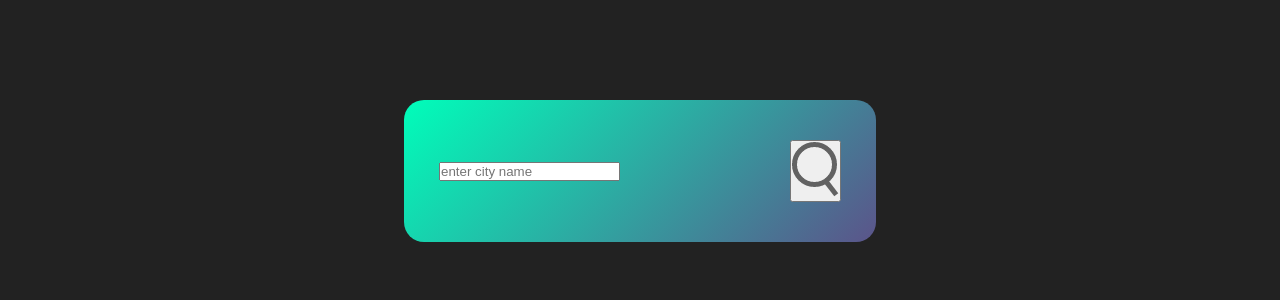
Repository: Rohit-foryou/Weather-app
Page: Weather App/Weather.html
An editor plug-in stored every save of this project. The page is shown before and after the next save, followed by the edit.
The browser window is 1280 px wide. The pictures show the whole page.

Above is the page before, as saved 2023-12-13 14:14:28.

### Weather App/Weather.html
<!DOCTYPE html>
<html lang="en">
<head>
    <meta charset="UTF-8">
    <meta name="viewport" content="width=device-width, initial-scale=1.0">
    <link rel="stylesheet" href="Weather.css">
    <title>Weather</title>
</head>
<body>
    <div class="card">
        <div class="search">
            <input type="text" placeholder="enter city name" spellcheck="false">
            <button><img src="Weather(Images)/search.png" alt=""></button>
        </div>
    </div>
</body>
</html>

### Weather App/Weather.css
*{
    margin: 0;
    padding: 0;
    font-family: 'Poppins', sans-serif;
    box-sizing: border-box;
}

body{
    background: #222;
}

.card{
    width: 90%;
    max-width: 472px;
    background: linear-gradient(135deg, #00feba, #5b548a);
    color: #fff;
    margin: 100px auto 0;
    border-radius: 20px;
    padding: 40px 35px;
    text-align: center;
}

.search{
    width: 100%;
    display: flex;
    align-items: center;
    justify-content: space-between;
}

After the next save:
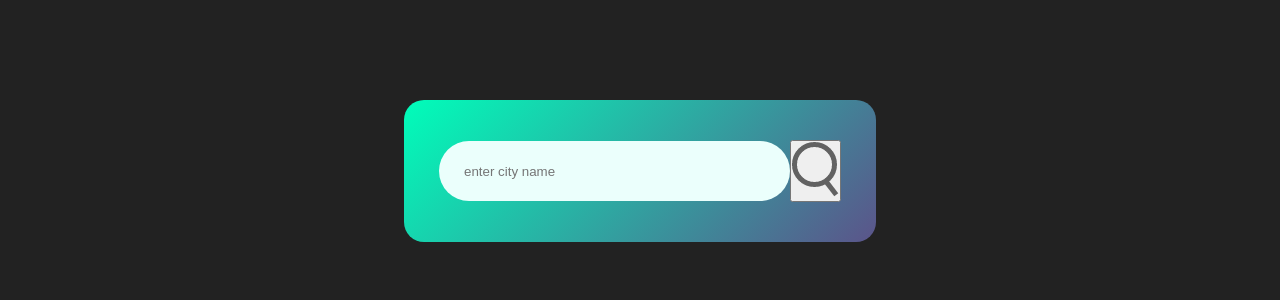
Saved 2 min 2 s later.
--- a/Weather App/Weather.css
+++ b/Weather App/Weather.css
@@ -26,3 +26,15 @@ body{
     align-items: center;
     justify-content: space-between;
 }
+
+.search input{
+    border: 0;
+    outline: 0;
+    background: #ebfffc;
+    color: #555;
+    padding: 10px 25px;
+    height: 60px;
+    border-radius: 30px;
+    flex: 1;
+
+}
